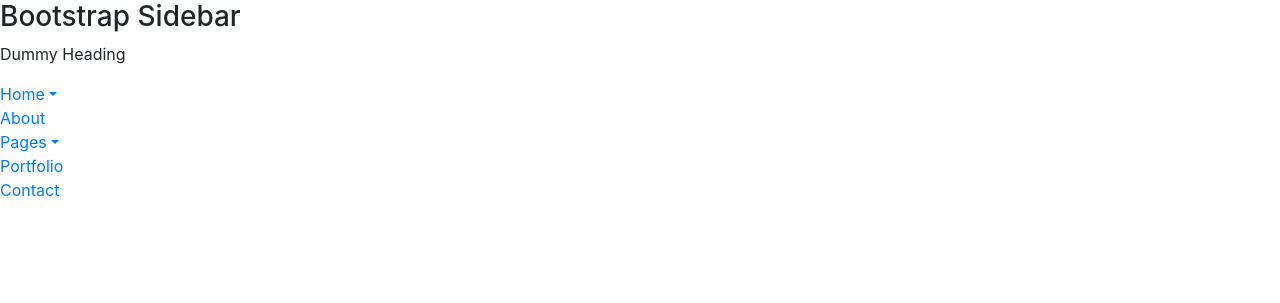
Repository: thiagosfideles/aprendendo-git
Page: index.html
The author's editor kept a record of every edit. The page is drawn from the files as they stood at one moment, then again after the next edit.
The browser window is 1280 px wide. The pictures show the whole page.
Some web libraries are served in a nearby version.

Above is the page before.

After the next edit:
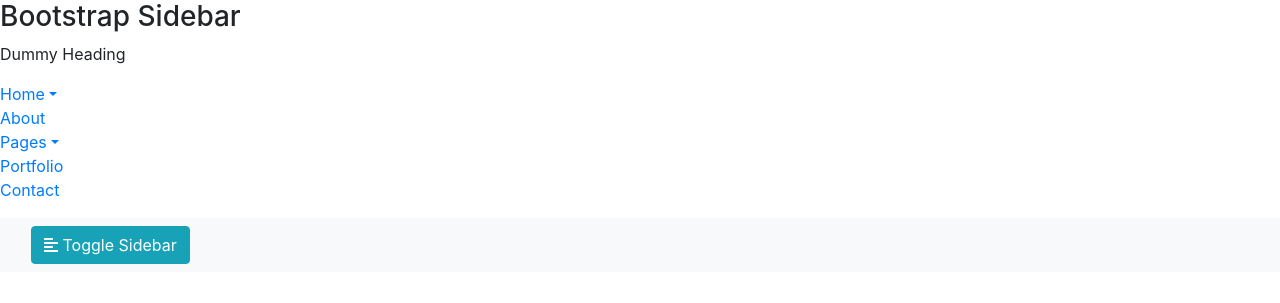
The edit:
--- a/index.html
+++ b/index.html
@@ -69,7 +69,16 @@
 
         <!-- Page Content -->
         <div id="content">
-            <!-- We'll fill this with dummy content -->
+             <nav class="navbar navbar-expand-lg navbar-light bg-light">
+        <div class="container-fluid">
+
+            <button type="button" id="sidebarCollapse" class="btn btn-info">
+                <i class="fas fa-align-left"></i>
+                <span>Toggle Sidebar</span>
+            </button>
+
+        </div>
+    </nav>
         </div>
 
     </div>
